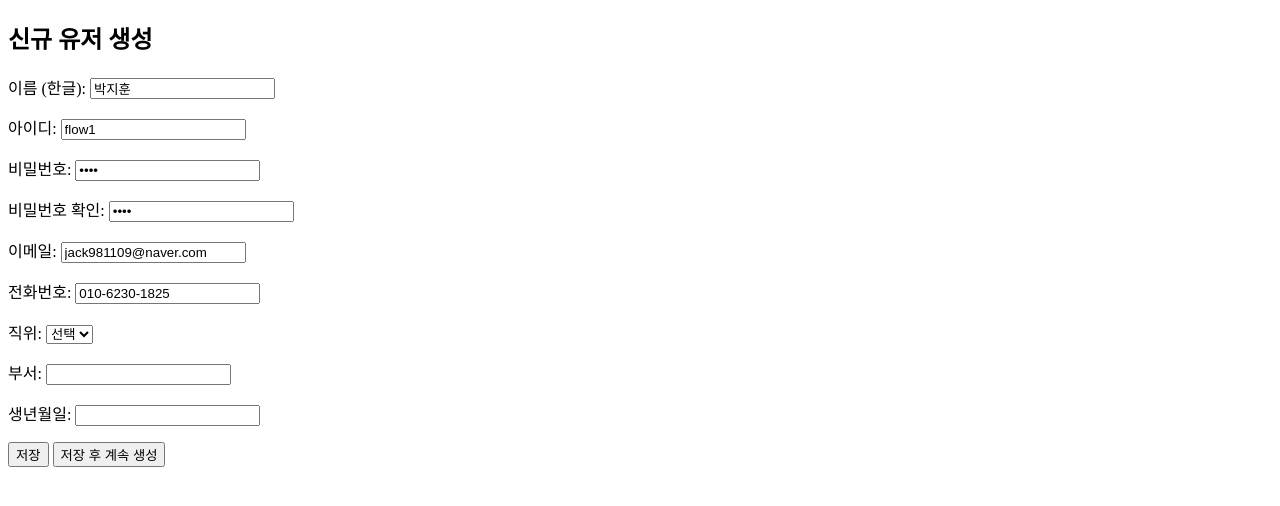
Repository: devgolol/Flow
Page: http://localhost/coretime/WEB-INF/views/userForm.jsp
An editor plug-in stored every save of this project. The page is shown before and after the next save, followed by the edit.
The browser window is 1280 px wide. The pictures show the whole page.
The page is served by Tomcat 9. Nobody is signed in. The template is opened directly, without the code that normally fills it, so the values that code supplies are empty.

Above is the page before, as saved 2025-06-30 06:16:13.

After the next save:
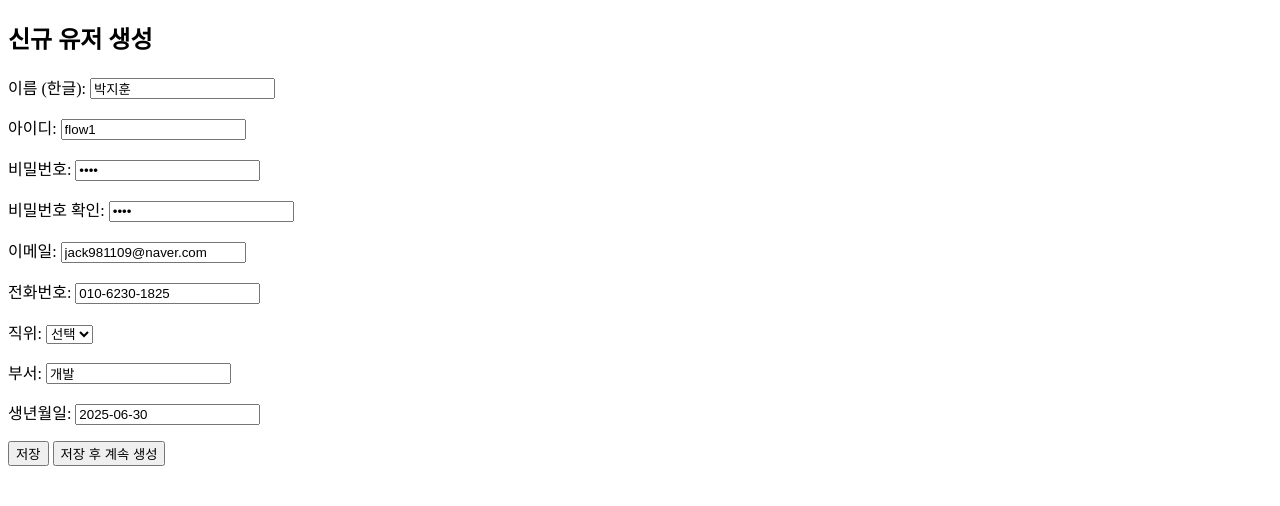
Saved 13 s later.
--- a/coretime/src/main/webapp/WEB-INF/views/userForm.jsp
+++ b/coretime/src/main/webapp/WEB-INF/views/userForm.jsp
@@ -27,8 +27,8 @@
             <form:option value="부장">부장</form:option>
         </form:select>
     </p>
-    <p>부서: <form:input path="department"/></p>
-    <p>생년월일: <form:input path="birth"/></p>
+    <p>부서: <form:input path="department" value= "개발"/></p>
+    <p>생년월일: <form:input path="birth" value= "2025-06-30"/></p>
 
     <p>
         <button type="submit">저장</button>
